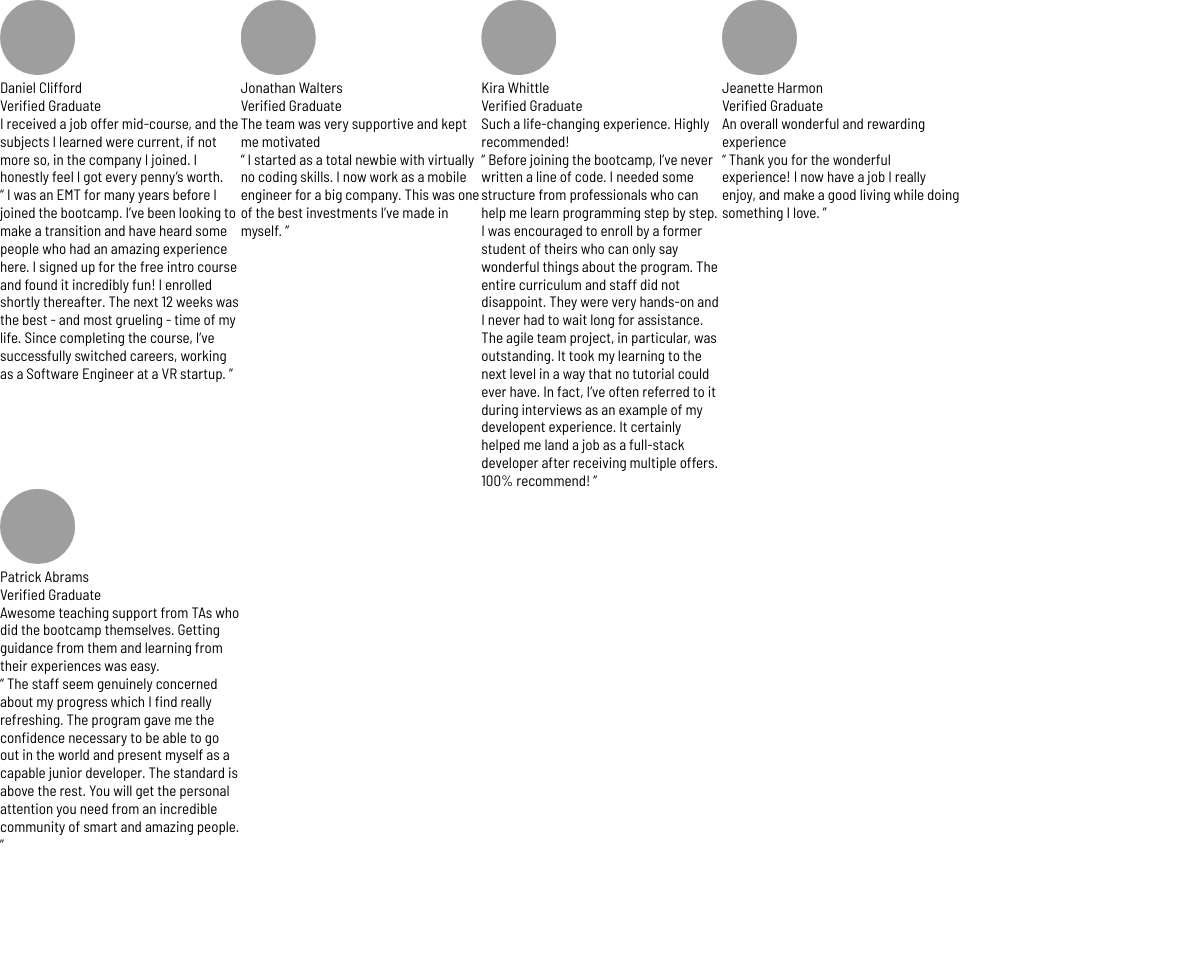
Repository: nptg3105/lab02-testimonials-grid
Page: index.html
The author's editor kept a copy of each file at every save. The page is drawn from the files as they stood at one save, then again after the next save.
The browser window is 1280 px wide. The pictures show the whole page, at 94% of full size.
Pictures or frames that could not be fetched are drawn as grey boxes. The style sheet was rebuilt from its Sass, Less or Tailwind sources for each picture, by a compiler version that may differ from the author's.

Above is the page before, as saved 2021-12-08 05:22:46.

### index.html
<!DOCTYPE html>
<html lang="en">
  <head>
    <meta charset="UTF-8" />
    <meta http-equiv="X-UA-Compatible" content="IE=edge" />
    <meta name="viewport" content="width=device-width, initial-scale=1.0" />
    <title>Lab02 - Testimonials</title>
    <link rel="stylesheet" href="style.css" />
    <link
      href="https://fonts.googleapis.com/css2?family=Barlow+Semi+Condensed:wght@400;500;700&display=swap"
      rel="stylesheet"
    />
  </head>
  <body>
    <div class="container">
      <div class="testimonials">
        <div class="testimonials__item">
          <div class="author">
            <div class="author__avatar">
              <img
                src="https://images.unsplash.com/photo-1570295999919-56ceb5ecca61?ixlib=rb-1.2.1&ixid=MnwxMjA3fDB8MHxzZWFyY2h8OHx8bWFufGVufDB8fDB8fA%3D%3D&auto=format&fit=crop&w=500&q=60"
                alt=""
              />
            </div>
            <div class="author__name">
              Daniel Clifford <br />
              Verified Graduate
            </div>
          </div>
          <div class="testimonials__heading">
            I received a job offer mid-course, and the subjects I learned were
            current, if not more so, in the company I joined. I honestly feel I
            got every penny’s worth.
          </div>
          <div class="testimonials__desc">
            “ I was an EMT for many years before I joined the bootcamp. I’ve
            been looking to make a transition and have heard some people who had
            an amazing experience here. I signed up for the free intro course
            and found it incredibly fun! I enrolled shortly thereafter. The next
            12 weeks was the best - and most grueling - time of my life. Since
            completing the course, I’ve successfully switched careers, working
            as a Software Engineer at a VR startup. ”
          </div>
        </div>
        <div class="testimonials__item">
          <div class="author">
            <div class="author__avatar">
              <img
                src="https://images.unsplash.com/photo-1570295999919-56ceb5ecca61?ixlib=rb-1.2.1&ixid=MnwxMjA3fDB8MHxzZWFyY2h8OHx8bWFufGVufDB8fDB8fA%3D%3D&auto=format&fit=crop&w=500&q=60"
                alt=""
              />
            </div>
            <div class="author__name">
              Jonathan Walters <br />
              Verified Graduate
            </div>
          </div>
          <div class="testimonials__heading">
            The team was very supportive and kept me motivated
          </div>
          <div class="testimonials__desc">
            “ I started as a total newbie with virtually no coding skills. I now
            work as a mobile engineer for a big company. This was one of the
            best investments I’ve made in myself. ”
          </div>
        </div>
        <div class="testimonials__item">
          <div class="author">
            <div class="author__avatar">
              <img
                src="https://images.unsplash.com/photo-1570295999919-56ceb5ecca61?ixlib=rb-1.2.1&ixid=MnwxMjA3fDB8MHxzZWFyY2h8OHx8bWFufGVufDB8fDB8fA%3D%3D&auto=format&fit=crop&w=500&q=60"
                alt=""
              />
            </div>
            <div class="author__name">
              Kira Whittle <br />
              Verified Graduate
            </div>
          </div>
          <div class="testimonials__heading">
            Such a life-changing experience. Highly recommended!
          </div>
          <div class="testimonials__desc">
            “ Before joining the bootcamp, I’ve never written a line of code. I
            needed some structure from professionals who can help me learn
            programming step by step. I was encouraged to enroll by a former
            student of theirs who can only say wonderful things about the
            program. The entire curriculum and staff did not disappoint. They
            were very hands-on and I never had to wait long for assistance. The
            agile team project, in particular, was outstanding. It took my
            learning to the next level in a way that no tutorial could ever
            have. In fact, I’ve often referred to it during interviews as an
            example of my developent experience. It certainly helped me land a
            job as a full-stack developer after receiving multiple offers. 100%
            recommend! ”
          </div>
        </div>
        <div class="testimonials__item">
          <div class="author">
            <div class="author__avatar">
              <img
                src="https://images.unsplash.com/photo-1570295999919-56ceb5ecca61?ixlib=rb-1.2.1&ixid=MnwxMjA3fDB8MHxzZWFyY2h8OHx8bWFufGVufDB8fDB8fA%3D%3D&auto=format&fit=crop&w=500&q=60"
                alt=""
              />
            </div>
            <div class="author__name">
              Jeanette Harmon <br />
              Verified Graduate
            </div>
          </div>
          <div class="testimonials__heading">
            An overall wonderful and rewarding experience
          </div>
          <div class="testimonials__desc">
            “ Thank you for the wonderful experience! I now have a job I really
            enjoy, and make a good living while doing something I love. ”
          </div>
        </div>
        <div class="testimonials__item">
          <div class="author">
            <div class="author__avatar">
              <img
                src="https://images.unsplash.com/photo-1570295999919-56ceb5ecca61?ixlib=rb-1.2.1&ixid=MnwxMjA3fDB8MHxzZWFyY2h8OHx8bWFufGVufDB8fDB8fA%3D%3D&auto=format&fit=crop&w=500&q=60"
                alt=""
              />
            </div>
            <div class="author__name">
              Patrick Abrams <br />
              Verified Graduate
            </div>
          </div>
          <div class="testimonials__heading">
            Awesome teaching support from TAs who did the bootcamp themselves.
            Getting guidance from them and learning from their experiences was
            easy.
          </div>
          <div class="testimonials__desc">
            “ The staff seem genuinely concerned about my progress which I find
            really refreshing. The program gave me the confidence necessary to
            be able to go out in the world and present myself as a capable
            junior developer. The standard is above the rest. You will get the
            personal attention you need from an incredible community of smart
            and amazing people. ”
          </div>
        </div>
      </div>
    </div>
  </body>
</html>

### style.scss
$font-main:'Barlow Semi Condensed',
sans-serif;

* {
    box-sizing: border-box;
    margin: 0;
    padding: 0;
}

.container {
    max-width: 1024px;
}

.testimonials {
    margin: 0 auto;
    font-family: $font-main;
    display: grid;
    grid-template-columns: repeat(4, 1fr);
    grid-template-rows: repeat(2, 1fr);
}

.author__avatar {

    img {
        object-fit: cover;
        width: 80px;
        height: 80px;
        border-radius: 50%;

    }

}

After the next save:
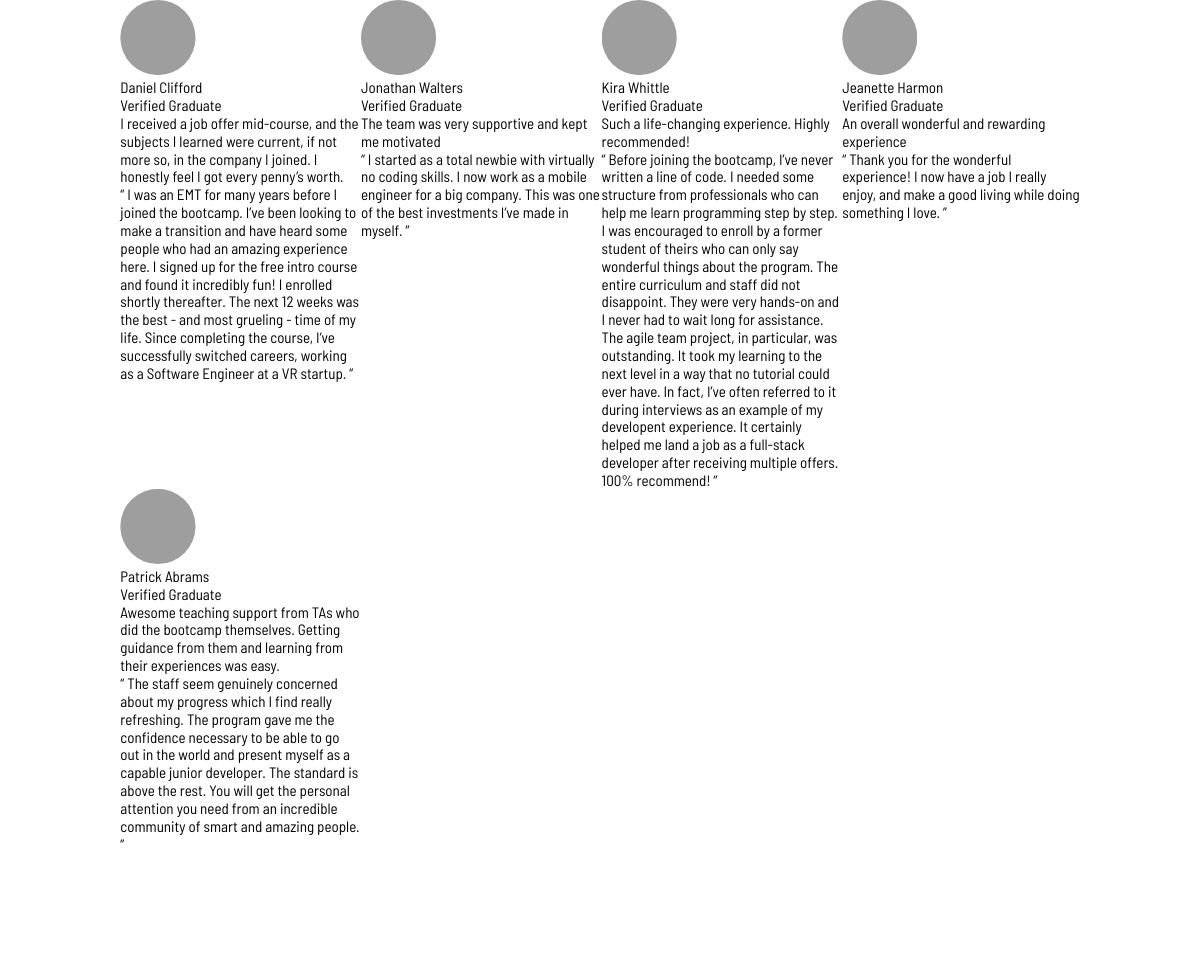
Saved 5 s later.
--- a/style.scss
+++ b/style.scss
@@ -9,10 +9,10 @@ sans-serif;
 
 .container {
     max-width: 1024px;
+    margin: 0 auto;
 }
 
 .testimonials {
-    margin: 0 auto;
     font-family: $font-main;
     display: grid;
     grid-template-columns: repeat(4, 1fr);
